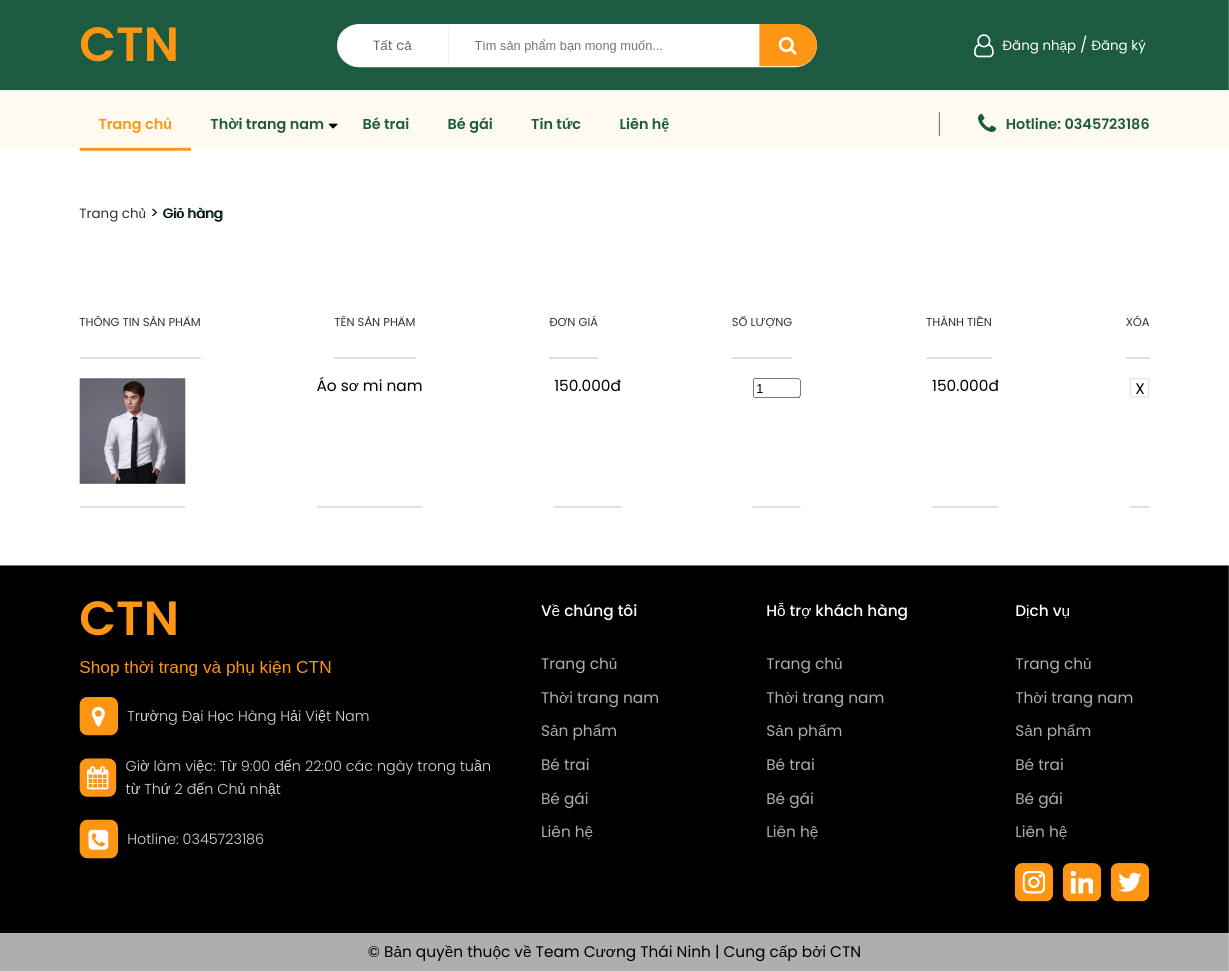
Repository: cuongchua2k2/BaiTapLon-web
Page: cart.html
The author's editor kept a copy of each file at every save. The page is drawn from the files as they stood at one save, then again after the next save.
The browser window is 1280 px wide. The pictures show the whole page, at 96% of full size.

Above is the page before, as saved 2023-12-23 11:17:17.
Console error: TypeError: Cannot read properties of null (reading 'style')

After the next save:
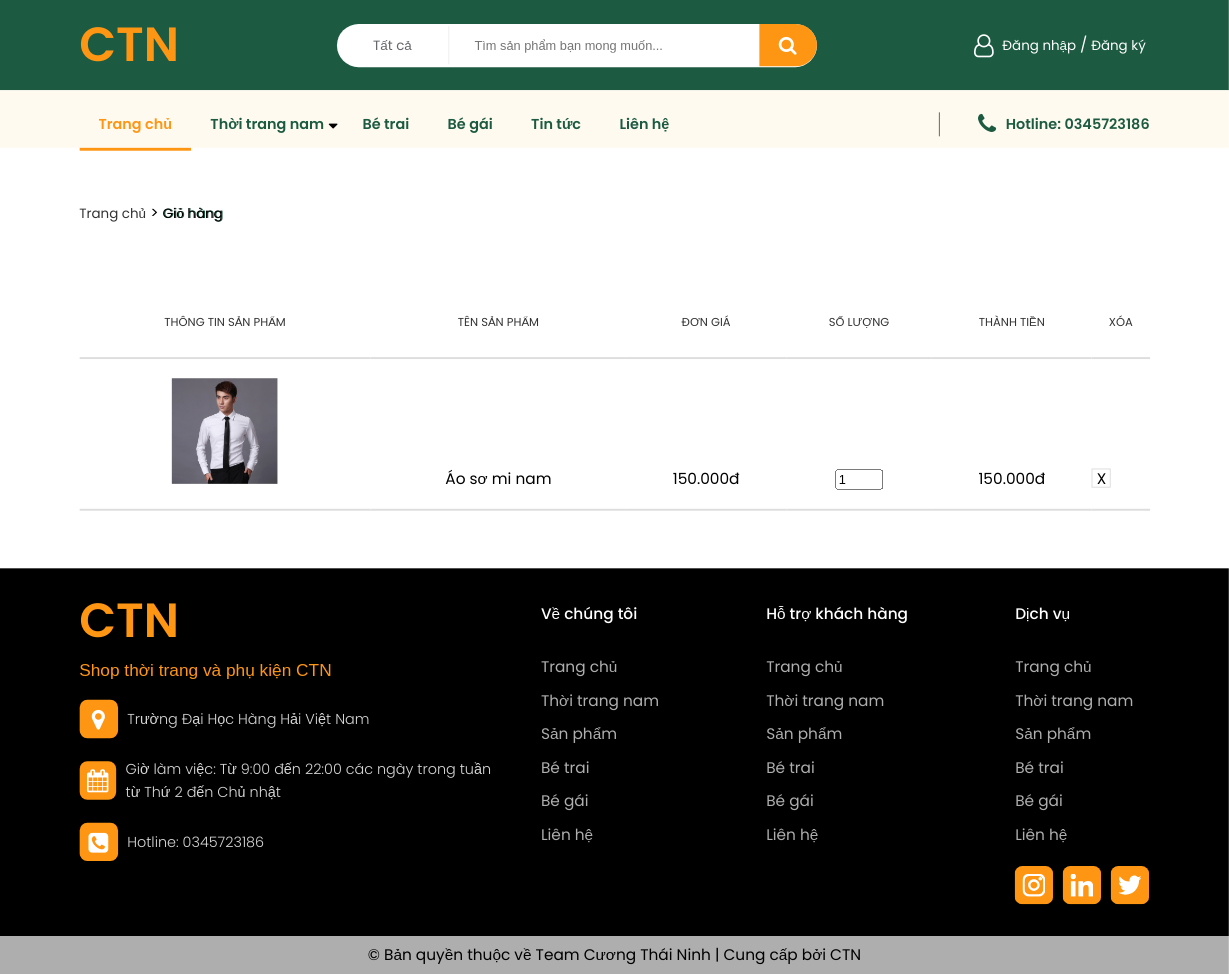
Saved 15 s later.
--- a/assets/css/style.css
+++ b/assets/css/style.css
@@ -740,11 +740,6 @@ label {
   text-align: center;
 }
 
-.cart__product {
-  display: flex;
-  justify-content: space-between;
-}
-
 .cart__product td {
   padding: 20px 0;
   border-bottom: 2px solid #dddddd;
